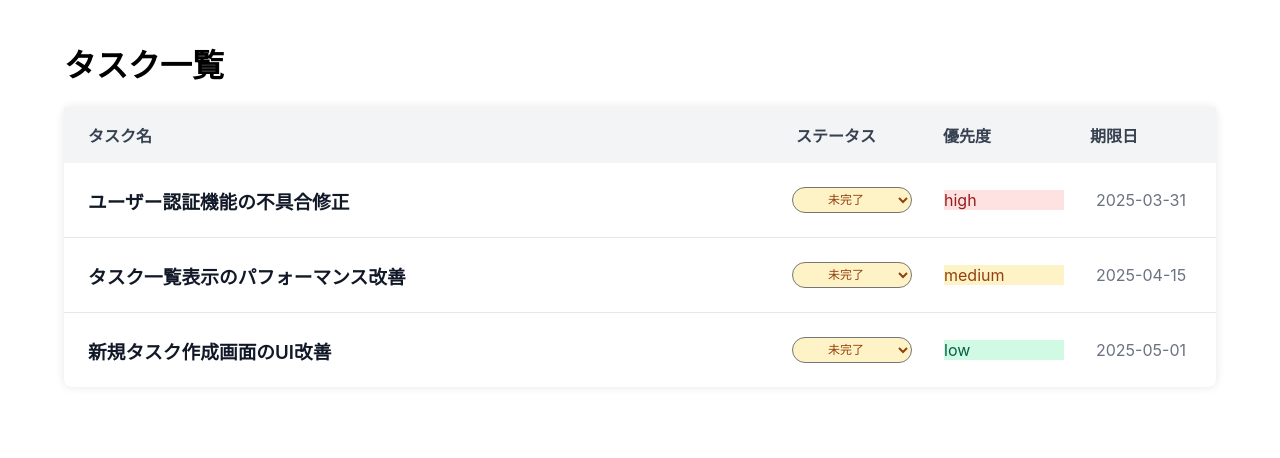
Repository: s1ros75/react-task-app
Page: /tasks
The author's editor kept a copy of each file at every save. The page is drawn from the files as they stood at one save, then again after the next save.
The browser window is 1280 px wide. The pictures show the whole page.
The project was rebuilt for these pictures with package versions that can differ from the ones it lists, and the page was loaded fresh each time. Also part of the build but not shown: vite.config.ts, src/styles/home.module.css, src/pages/home/index.tsx, src/features/tasks/hooks/getTaskById.ts, src/features/tasks/styles/taskDetail.module.css, src/features/tasks/components/TaskDetail.tsx, src/features/tasks/hooks/deleteTask.ts, src/features/tasks/components/TaskDeleteButton.tsx and 9 more.

Above is the page before, as saved 2026-01-17 23:47:19.

### src/main.tsx
import { StrictMode } from "react";
import { createRoot } from "react-dom/client";
import "./index.css";
import App from "./App.tsx";
import { BrowserRouter } from "react-router-dom";

const rootElement = document.getElementById("root");

createRoot(rootElement!).render(
  <StrictMode>
    <BrowserRouter>
      <App />
    </BrowserRouter>
  </StrictMode>
);

### src/index.css
:root {
  font-family: Inter, system-ui, Avenir, Helvetica, Arial, sans-serif;
}

body {
  margin: 0;
  padding: 0;
  font-family: var(--font-family);
}

### src/App.tsx
import { Route, Routes } from "react-router-dom";
import HomePage from "./pages/home";
import TaskListPage from "./pages/tasks/taskListPage";
import TaskDetailPage from "./pages/tasks/taskDetailPage";
import TaskCreatePage from "./pages/tasks/taskCreatePage";
import TaskEditPage from "./pages/tasks/taskEditPage";

function App() {
  return (
    <Routes>
      <Route path="/" element={<HomePage />} />
      <Route path="/tasks" element={<TaskListPage />} />
      <Route path="/tasks/:id" element={<TaskDetailPage />} /> {/* タスクの詳細ページのルーティングを追加 */}
      <Route path="/tasks/new" element={<TaskCreatePage />} /> {/* タスク作成ページへのルーティングを追加 */}
      <Route path="/tasks/:id/edit" element={<TaskEditPage />} />  {/* タスク編集ページのルーティング */}
    </Routes>
  );
}

export default App;

### src/pages/tasks/taskListPage.tsx
import TaskListContainer from "../../features/tasks/containers/TaskListContainer";

export default function TaskListPage() {
  return (
    <div>
      <TaskListContainer /> {/* タスク一覧コンポーネントを読み込む */}
    </div>
  );
}

### src/features/tasks/containers/TaskListContainer.tsx
import { useEffect, useState } from "react";
import { getTasks } from "../hooks/getTasks";
import type { Task } from "../../../types/task";
import TaskCard from "../components/TaskCard";
import styles from "../styles/TaskListContainer.module.css";
// import { Link } from "react-router-dom";
import { updateTask } from "../hooks/updateTask"; // updateTask関数をインポート

export default function TaskListContainer() {
  const [tasks, setTasks] = useState<Task[]>([]);

  // データを取得する関数を独立させる（更新後にも呼べるようにするため）
  const fetchTasks = async () => {
    const fetchedTasks = await getTasks();
    setTasks(fetchedTasks);
  };

  useEffect(() => {
    fetchTasks();
  }, []);

  const handleToggleStatus = async (taskId: Task["id"], newStatus: boolean) => {
    await updateTask(String(taskId), { status: newStatus });
    await fetchTasks(); // ここで関数として正しく呼び出す
  };

  return (
    <div className={styles.container}>
      <h1>タスク一覧</h1>
      <div className={styles.tableContainer}>
        <div className={styles.header}>
          <div>タスク名</div>
          <div>ステータス</div>
          <div>優先度</div> {/* ← この列に対応するデータが */}
          <div>期限日</div> {/* ← TaskCard 内にあるか確認が必要 */}
        </div>
        <div className={styles.taskList}>
          {tasks.map((task) => (
            <TaskCard
              key={task.id}
              task={task}
              onToggleStatus={handleToggleStatus} // 更新用関数を渡す必要がある場合
            />
          ))}
        </div>
      </div>
    </div>
  );
}

### src/features/tasks/hooks/getTasks.ts
import type { Task } from "../../../types/task";
import { mockTasks } from "../mocks/task";

export const getTasks = (): Promise<Task[]> => {
  return new Promise((resolve) => {
    setTimeout(() => resolve([...mockTasks]));
  });
};

### src/features/tasks/components/TaskCard.tsx
import { Link } from "react-router-dom";
import styles from "../styles/taskCard.module.css";
import { getPriorityClass } from "../utils/priority"; // getPriorityClass関数をimport
import { getStatusLabel } from "../utils/status-label"; // getStatusLabel関数をimport
import type { Task } from "../../../types/task";

export default function TaskCard({ task, onToggleStatus }: Props) {

  const handleStatusChange = (e: React.ChangeEvent<HTMLSelectElement>) => {
    const newStatus = e.target.value === "true";
    if (onToggleStatus) {
      onToggleStatus(task.id, newStatus);
    }
  };

  return (
    <div className={styles.taskCard}>
      {/* 1. タイトル */}
      <Link to={`/tasks/${task.id}`} className={styles.detailLink}>
        <h3 className={styles.taskTitle}>{task.title}</h3>
      </Link>

      {/* 2. ステータス */}
      <select
        value={task.status ? "true" : "false"}
        onChange={handleStatusChange}
        className={`${styles.badge} ${task.status ? styles.completed : styles.incomplete}`}
      >
        <option value="false">{getStatusLabel(false)}</option>
        <option value="true">{getStatusLabel(true)}</option>
      </select>

      {/* --- ここから追加 --- */}

      {/* 3. 優先度 */}
      <div className={`${styles.priority} ${getPriorityClass(task.priority, styles)}`}>
        {task.priority}
      </div>

      {/* 4. 期限日 */}
      <div className={styles.dueDate}>
        {task.dueDate}
      </div>

    </div>
  );
}

// type Props = {
//   task: Task;
//   onToggleStatus: (taskId: Task['id'], newStatus: boolean) => void;
// };

// export default function TaskCard({ task, onToggleStatus }: Props) {  // onToggleStatusをpropsで受け取る

//   // ステータス変更時のハンドラー
//   const handleStatusChange = (e: React.ChangeEvent<HTMLSelectElement>) => {
//     const newStatus = e.target.value === "true";
//     if (onToggleStatus) {
//       onToggleStatus(task.id, newStatus);
//     }
//   };

//   return (
//     <div className={styles.taskCard}>
//       <Link to={`/tasks/${task.id}`} className={styles.detailLink}>
//         <h3 className={styles.taskTitle}>{task.title}</h3>
//       </Link>
//       {/* ステータスをセレクトボックスに変更 */}
//       <select
//         value={task.status ? "true" : "false"}
//         onChange={handleStatusChange}
//         className={`${styles.badge} ${task.status ? styles.completed : styles.incomplete}`}
//       >
//         <option value="false">{getStatusLabel(false)}</option>  {/* 未完了の場合のラベル */}
//         <option value="true">{getStatusLabel(true)}</option>    {/* 完了の場合のラベル */}
//       </select>
//     </div>
//   );
// }

### src/features/tasks/styles/TaskListContainer.module.css
.container {
  width: 90%;
  max-width: 1400px;
  margin: 40px auto;
}

.tableContainer {
  margin: 0 auto;
  background-color: white;
  border-radius: 0.5rem;
  box-shadow: 0 0 10px rgba(0, 0, 0, 0.1);
}

.header {
  display: grid;
  grid-template-columns: 1fr 115px 115px 110px;
  column-gap: 2rem;
  align-items: center;
  padding: 1rem 1rem 1rem 1.5rem;
  background-color: #f3f4f6;
  font-weight: 600;
  color: #374151;
}

.taskList {
  display: flex;
  flex-direction: column;
}

.taskList > *:not(:last-child) {
  border-bottom: 1px solid #e5e7eb;
}

.taskListHeader {
  text-align: right;
  margin-bottom: 1rem;
}

.newTaskLink {
  display: inline-block;
  background-color: #0070f3;
  color: white;
  padding: 0.5rem 1rem;
  border-radius: 5px;
  text-decoration: none;
  font-size: 1rem;
  transition: background-color 0.3s ease;
}

.newTaskLink:hover {
  background-color: #0051bb;
}

### src/features/tasks/hooks/updateTask.ts
import type { Task, TaskFormData } from "../../../types/task";
import { mockTasks } from "../mocks/task";

export const updateTask = (id: string, taskData: TaskFormData): Promise<Task | null> => {
  return new Promise((resolve) => {
    setTimeout(() => {
      const index = mockTasks.findIndex((task) => task.id === Number.parseInt(id));
      if (index !== -1) {
        mockTasks[index] = {
          ...mockTasks[index],
          ...taskData,
          updatedAt: new Date().toISOString(),
        };
        resolve(mockTasks[index]);
      } else {
        resolve(null);
      }
    }, 500);
  });
};

### src/features/tasks/mocks/task.ts
import type { Task } from "../../../types/task";

export const mockTasks: Task[] = [
  {
    id: 1,
    title: "ユーザー認証機能の不具合修正",
    description: "ユーザーがログイン時に、不正なトークンエラーが発生する問題を修正します。",
    status: false,
    priority: "high",
    dueDate: "2025-03-31",
    createdAt: "2025-02-17T10:00:00Z",
    updatedAt: "2025-02-17T10:00:00Z",
  },
  {
    id: 2,
    title: "タスク一覧表示のパフォーマンス改善",
    description:
      "タスク一覧ページで、タスクが大量にある場合の表示遅延を改善します。不要な再レンダリングを防ぐため、コンポーネントの最適化を実施してください。",
    status: false,
    priority: "medium",
    dueDate: "2025-04-15",
    createdAt: "2025-02-17T10:00:00Z",
    updatedAt: "2025-02-17T10:00:00Z",
  },
  {
    id: 3,
    title: "新規タスク作成画面のUI改善",
    description:
      "新規タスク作成画面の入力フォームのユーザビリティ向上を図ります。エラーメッセージの明示化や、入力フィールドのデザインを改善してください。",
    status: false,
    priority: "low",
    dueDate: "2025-05-01",
    createdAt: "2025-02-17T10:00:00Z",
    updatedAt: "2025-02-17T10:00:00Z",
  },
];

### src/features/tasks/styles/taskCard.module.css
.taskCard {
  display: grid;
  grid-template-columns: 1fr 120px 120px 120px;
  column-gap: 2rem;
  align-items: center;
  transition: background-color 0.2s ease;
}

.taskCard:hover {
  background-color: #f9fafb;
}

.detailLink {
  height: 100%;
  display: flex;
  align-items: center;
  text-decoration: none;
  padding-left: 1.5rem;
  transition: color 0.2s ease;
}

.detailLink:hover .taskTitle {
  color:rgb(56, 92, 202);
}

.taskTitle {
  font-weight: 600;
  color: #111827;
  margin: 0;
}

.badge {
  display: inline-block;
  padding: 0.25rem 0.5rem;
  margin: 1.5rem 0;
  border-radius: 9999px;
  font-size: 0.75rem;
  font-weight: 500;
  text-align: center;
  cursor: pointer;
}

.completed {
  background-color: #d1fae5;
  color: #065f46;
}

.incomplete {
  background-color: #fef3c7;
  color: #92400e;
}

.highPriority {
  background-color: #fee2e2;
  color: #991b1b;
}

.mediumPriority {
  background-color: #fef3c7;
  color: #92400e;
}

.lowPriority {
  background-color: #d1fae5;
  color: #065f46;
}

.defaultPriority {
  background-color: #e5e7eb;
  color: #374151;
}

.dueDate {
  color: #6b7280;
}

### src/features/tasks/utils/priority.ts
import type { Priority } from "../../../types/task";

// 優先度に応じたスタイルクラスを返す関数
export const getPriorityClass = (
  priority: Priority, // 優先度（high | medium | low）などの文字列（Priority型）
  styles: Record<string, string> // スタイルモジュール（key-value形式のオブジェクト）
): string => {
  switch (priority.toLowerCase()) {
    case "high":
      return styles.highPriority;
    case "medium":
      return styles.mediumPriority;
    case "low":
      return styles.lowPriority;
    default:
      return styles.defaultPriority;
  }
};

### src/features/tasks/utils/status-label.ts
// ステータス（true/false）に応じて表示ラベルを返す
export const getStatusLabel = (status: boolean): string => {
  return status ? "完了" : "未完了";
};

Loaded but not shown: index.html (common file)

After the next save:
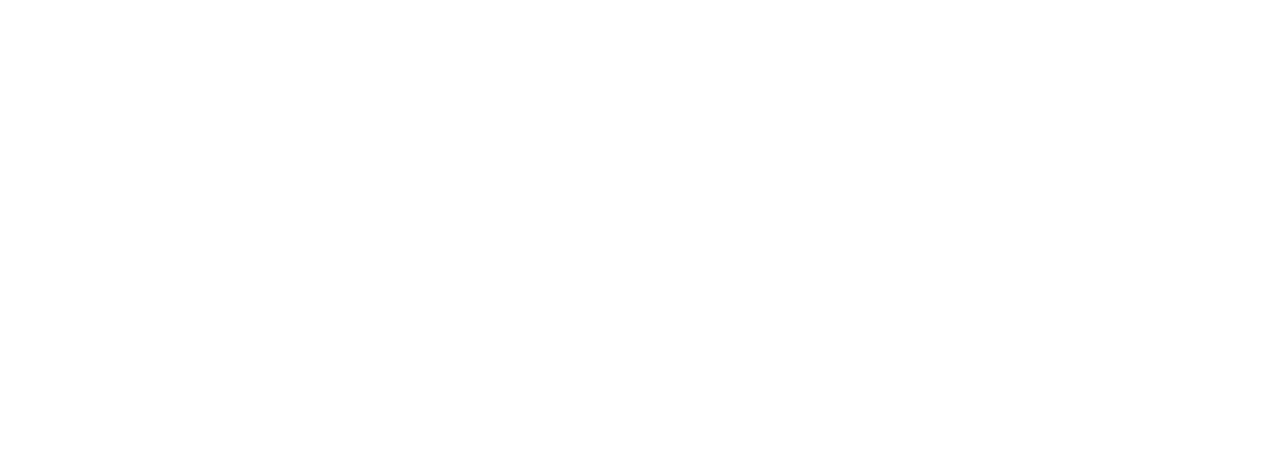
Console error: ReferenceError: Link is not defined
Saved 112 s later.
--- a/src/features/tasks/containers/TaskListContainer.tsx
+++ b/src/features/tasks/containers/TaskListContainer.tsx
@@ -27,6 +27,13 @@
   return (
     <div className={styles.container}>
       <h1>タスク一覧</h1>
+      <div className={styles.taskListHeader}>
+        {" "}
+        {/* タスク作成ページへのリンクを追加 */}
+        <Link to="/tasks/new" className={styles.newTaskLink}>
+          新規作成
+        </Link>
+      </div>
       <div className={styles.tableContainer}>
         <div className={styles.header}>
           <div>タスク名</div>

After the 2 saves that followed:
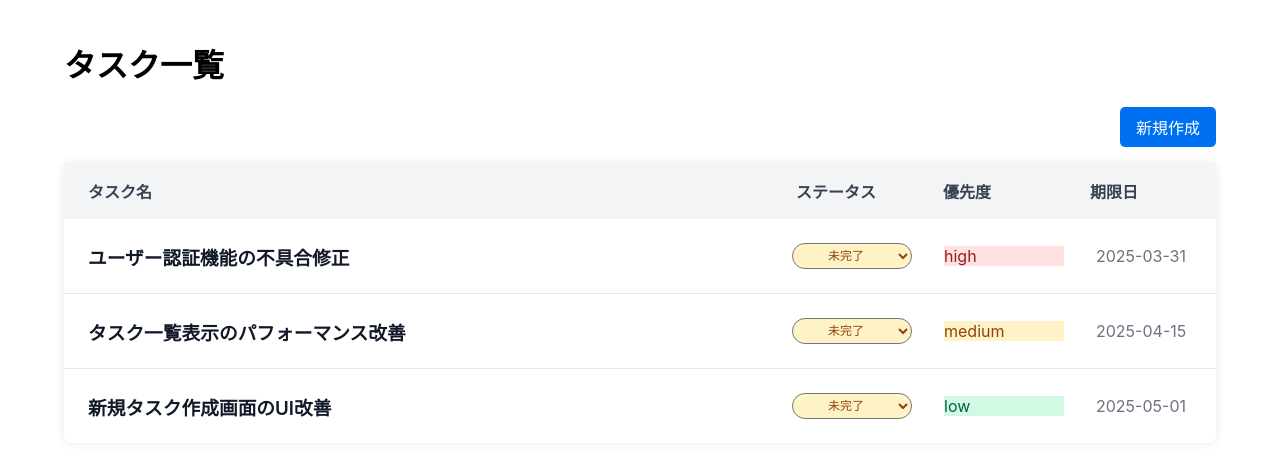
The error is gone.
The 2 saves are shown as one change because 1 left the picture as it was.
The last was saved 17 s later.
--- a/src/features/tasks/containers/TaskListContainer.tsx
+++ b/src/features/tasks/containers/TaskListContainer.tsx
@@ -3,7 +3,7 @@
 import type { Task } from "../../../types/task";
 import TaskCard from "../components/TaskCard";
 import styles from "../styles/TaskListContainer.module.css";
-// import { Link } from "react-router-dom";
+import { Link } from "react-router-dom";
 import { updateTask } from "../hooks/updateTask"; // updateTask関数をインポート
 
 export default function TaskListContainer() {
@@ -29,7 +29,6 @@
       <h1>タスク一覧</h1>
       <div className={styles.taskListHeader}>
         {" "}
-        {/* タスク作成ページへのリンクを追加 */}
         <Link to="/tasks/new" className={styles.newTaskLink}>
           新規作成
         </Link>
